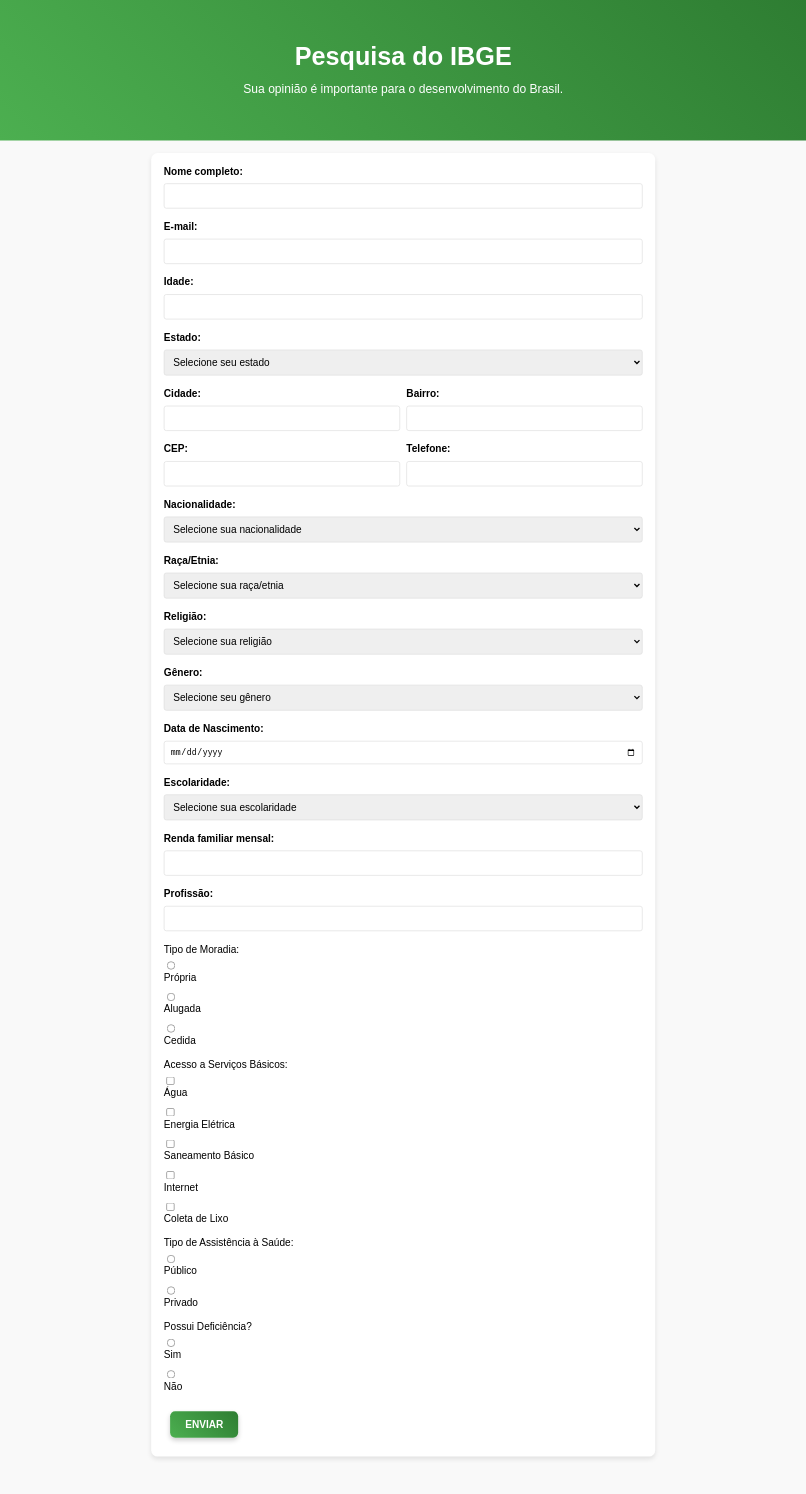
Repository: Gabrielb0rn/Projeto-Formul-rio.io
Page: index.html
These files come from the project's save history. The page is drawn as it stood at one moment and after the next save; the edit follows.
The browser window is 1280 px wide. The pictures show the whole page, at 63% of full size.

Above is the page before, as saved 2024-07-01 08:23:48.

### index.html
<!DOCTYPE html>
<html lang="pt-BR">
<head>
    <meta charset="UTF-8">
    <meta name="viewport" content="width=device-width, initial-scale=1.0">
    <title>Pesquisa do IBGE</title>
    <link rel="stylesheet" href="assets/style.css">
</head>
<body>
    <header>
        <div class="container">
            <h1>Pesquisa do IBGE</h1>
            <p>Sua opinião é importante para o desenvolvimento do Brasil.</p>
        </div>
    </header>
    <main>
        <div class="container">
            <form id="form">
                <div class="form-group">
                    <label for="nome">Nome completo:</label>
                    <input type="text" id="nome" name="nome" required>
                </div>
                <div class="form-group">
                    <label for="email">E-mail:</label>
                    <input type="email" id="email" name="email" required>
                </div>
                <div class="form-group">
                    <label for="idade">Idade:</label>
                    <input type="number" id="idade" name="idade" required>
                </div>
                <div class="form-group">
                    <label for="estado">Estado:</label>
                    <select id="estado" name="estado" required>
                        <option value="">Selecione seu estado</option>
                        <!-- opções de estados -->
                    </select>
                </div>
                <div class="form-group inline-group">
                    <div>
                        <label for="cidade">Cidade:</label>
                        <input type="text" id="cidade" name="cidade" required>
                    </div>
                    <div>
                        <label for="bairro">Bairro:</label>
                        <input type="text" id="bairro" name="bairro">
                    </div>
                </div>
                <div class="form-group inline-group">
                    <div>
                        <label for="cep">CEP:</label>
                        <input type="text" id="cep" name="cep" required>
                    </div>
                    <div>
                        <label for="telefone">Telefone:</label>
                        <input type="tel" id="telefone" name="telefone" required>
                    </div>
                </div>
                <div class="form-group">
                    <label for="nacionalidade">Nacionalidade:</label>
                    <select id="nacionalidade" name="nacionalidade" required>
                        <option value="">Selecione sua nacionalidade</option>
                        <option value="Brasileiro">Brasileiro</option>
                        <option value="Estrangeiro">Estrangeiro</option>
                    </select>
                </div>
                <div class="form-group">
                    <label for="raca">Raça/Etnia:</label>
                    <select id="raca" name="raca" required>
                        <option value="">Selecione sua raça/etnia</option>
                        <!-- opções de raça/etnia -->
                    </select>
                </div>
                <div class="form-group">
                    <label for="religiao">Religião:</label>
                    <select id="religiao" name="religiao" required>
                        <option value="">Selecione sua religião</option>
                        <!-- opções de religião -->
                    </select>
                </div>
                <div class="form-group">
                    <label for="genero">Gênero:</label>
                    <select id="genero" name="genero" required>
                        <option value="">Selecione seu gênero</option>
                        <!-- opções de gênero -->
                    </select>
                </div>
                <div class="form-group">
                    <label for="data_nascimento">Data de Nascimento:</label>
                    <input type="date" id="data_nascimento" name="data_nascimento" required>
                </div>
                <div class="form-group">
                    <label for="escolaridade">Escolaridade:</label>
                    <select id="escolaridade" name="escolaridade" required>
                        <option value="">Selecione sua escolaridade</option>
                        <!-- opções de escolaridade -->
                    </select>
                </div>
                <div class="form-group">
                    <label for="renda">Renda familiar mensal:</label>
                    <input type="number" id="renda" name="renda" required>
                </div>
                <div class="form-group">
                    <label for="profissao">Profissão:</label>
                    <input type="text" id="profissao" name="profissao">
                </div>
                <div class="form-group radio-group">
                    <label>Tipo de Moradia:</label>
                    <div>
                        <input type="radio" id="propria" name="moradia" value="propria">
                        <label for="propria">Própria</label>
                    </div>
                    <div>
                        <input type="radio" id="alugada" name="moradia" value="alugada">
                        <label for="alugada">Alugada</label>
                    </div>
                    <div>
                        <input type="radio" id="cedida" name="moradia" value="cedida">
                        <label for="cedida">Cedida</label>
                    </div>
                </div>
                <div class="form-group checkbox-group">
                    <label>Acesso a Serviços Básicos:</label>
                    <div>
                        <input type="checkbox" id="agua" name="servicos" value="agua">
                        <label for="agua">Água</label>
                    </div>
                    <div>
                        <input type="checkbox" id="energia" name="servicos" value="energia">
                        <label for="energia">Energia Elétrica</label>
                    </div>
                    <div>
                        <input type="checkbox" id="saneamento" name="servicos" value="saneamento">
                        <label for="saneamento">Saneamento Básico</label>
                    </div>
                    <div>
                        <input type="checkbox" id="internet" name="servicos" value="internet">
                        <label for="internet">Internet</label>
                    </div>
                    <div>
                        <input type="checkbox" id="coleta" name="servicos" value="coleta">
                        <label for="coleta">Coleta de Lixo</label>
                    </div>
                </div>
                <div class="form-group radio-group">
                    <label>Tipo de Assistência à Saúde:</label>
                    <div>
                        <input type="radio" id="publico" name="saude" value="publico">
                        <label for="publico">Público</label>
                    </div>
                    <div>
                        <input type="radio" id="privado" name="saude" value="privado">
                        <label for="privado">Privado</label>
                    </div>
                </div>
                <div class="form-group radio-group">
                    <label>Possui Deficiência?</label>
                    <div>
                        <input type="radio" id="sim" name="deficiencia" value="sim">
                        <label for="sim">Sim</label>
                    </div>
                    <div>
                        <input type="radio" id="nao" name="deficiencia" value="nao">
                        <label for="nao">Não</label>
                    </div>
                </div>
                <button type="submit" class="btn">Enviar</button>
            </form>
        </div>
    </main>
</body>
</html>

### assets/style.css
/* Estilos Globais */
body {
    font-family: 'Arial', sans-serif;
    margin: 0;
    padding: 0;
    background-color: #f9f9f9;
}

header {
    background: linear-gradient(45deg, #4CAF50, #2E7D32);
    color: white;
    padding: 20px 0;
    text-align: center;
}

.container {
    width: 90%;
    max-width: 800px;
    margin: 0 auto;
    padding: 20px;
}

/* Estilos de Texto */
h1 {
    font-size: 2.5em;
    margin-bottom: 10px;
}

p {
    font-size: 1.2em;
    margin-bottom: 30px;
}

/* Estilos do Formulário */
form {
    background-color: white;
    padding: 20px;
    border-radius: 10px;
    box-shadow: 0 4px 8px rgba(0, 0, 0, 0.1);
    margin-bottom: 40px;
}

.form-group {
    margin-bottom: 20px;
}

label {
    display: block;
    margin-bottom: 5px;
    font-weight: bold;
}

input, select {
    width: 100%;
    padding: 10px;
    border: 1px solid #ddd;
    border-radius: 4px;
    box-sizing: border-box;
    font-size: 1em;
    margin-top: 5px;
}

input[type="radio"], input[type="checkbox"] {
    width: auto;
    margin-right: 10px;
}

input[type="date"] {
    padding: 9px;
}

button {
    background: linear-gradient(45deg, #4CAF50, #2E7D32);
    color: white;
    border: none;
    padding: 15px 30px;
    text-align: center;
    cursor: pointer;
    border-radius: 5px;
    font-size: 1.2em;
    margin-top: 20px;
    transition: background 0.3s ease, transform 0.2s ease;
    box-shadow: 0 4px 8px rgba(0, 0, 0, 0.1);
}

button:hover {
    background: linear-gradient(45deg, #45a049, #388E3C);
    transform: translateY(-2px);
}

/* Estilos Responsivos */
@media (max-width: 600px) {
    h1 {
        font-size: 2em;
    }

    p {
        font-size: 1em;
    }

    form {
        padding: 15px;
    }

    button {
        width: 100%;
        padding: 15px;
    }
}

.btn {
    display: inline-block;
    padding: 12px 24px;
    font-size: 1em;
    font-weight: bold;
    text-transform: uppercase;
    text-decoration: none;
    color: white;
    background: linear-gradient(45deg, #4CAF50, #2E7D32);
    border: none;
    border-radius: 8px;
    box-shadow: 0 4px 8px rgba(0, 0, 0, 0.2);
    cursor: pointer;
    transition: all 0.3s ease;
    margin: 10px;
}

.btn:hover {
    background: linear-gradient(45deg, #45a049, #388E3C);
    transform: translateY(-2px);
    box-shadow: 0 6px 12px rgba(0, 0, 0, 0.3);
}

.btn:active {
    transform: translateY(0);
    box-shadow: 0 4px 8px rgba(0, 0, 0, 0.2);
}

/* Estilos de Grupo de Inputs */
.form-group.inline-group {
    display: flex;
    flex-wrap: wrap;
    justify-content: space-between;
}

.form-group.inline-group > div {
    flex: 1;
    min-width: 45%;
}

.form-group.inline-group > div:not(:last-child) {
    margin-right: 10px;
}

/* Estilos de Serviços Básicos e Tipo de Moradia */
.form-group.checkbox-group, .form-group.radio-group {
    display: fixed;
    flex-wrap: wrap;
}

.form-group.checkbox-group > div, .form-group.radio-group > div {
    flex: 1;
    min-width: 45%;
    margin-bottom: 10px;
}

.form-group.checkbox-group label, .form-group.radio-group label {
    font-weight: normal;
}

After the next save:
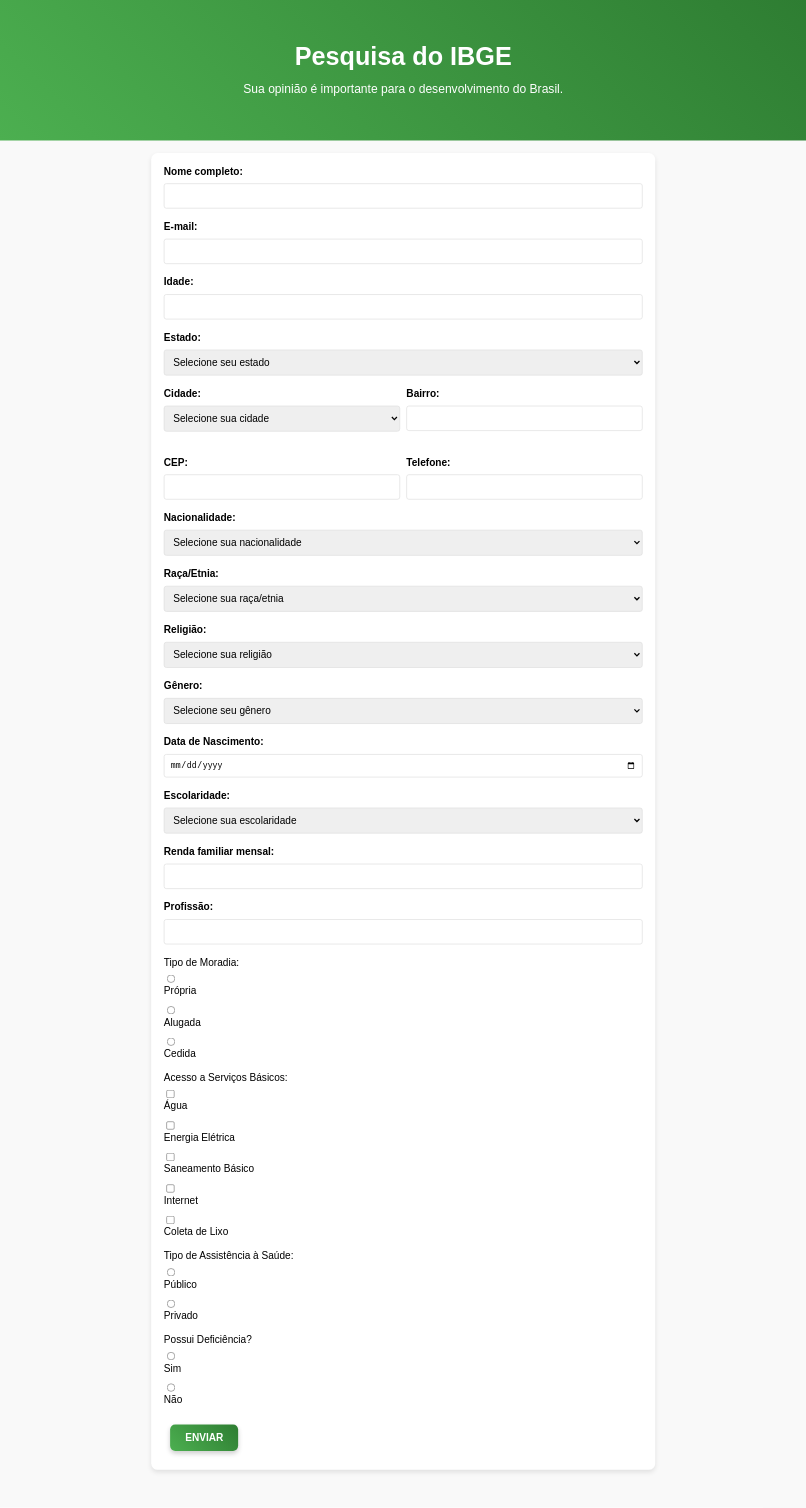
Saved 1 s later.
--- a/index.html
+++ b/index.html
@@ -32,13 +32,42 @@
                     <label for="estado">Estado:</label>
                     <select id="estado" name="estado" required>
                         <option value="">Selecione seu estado</option>
-                        <!-- opções de estados -->
+                        <option value="AC">Acre</option>
+
+                        <option value="AL">Alagoas</option>
+                        <option value="AP">Amapá</option>
+                        <option value="AM">Amazonas</option>
+                        <option value="BA">Bahia</option>
+                        <option value="CE">Ceará</option>
+                        <option value="DF">Distrito Federal</option>
+                        <option value="ES">Espírito Santo</option>
+                        <option value="GO">Goiás</option>
+                        <option value="MA">Maranhão</option>
+                        <option value="MG">Minas Gerais</option>
+                        <option value="MS">Mato Grosso do Sul</option>
+                        <option value="MT">Mato Grosso</option>
+                        <option value="PA">Pará</option>
+                        <option value="PB">Paraíba</option>
+                        <option value="PE">Pernambuco</option>
+                        <option value="PI">Piauí</option>
+                        <option value="PR">Paraná</option>
+                        <option value="RJ">Rio de Janeiro</option>
+                        <option value="RN">Rio Grande do Norte</option>
+                        <option value="RO">Rondônia</option>
+                        <option value="RR">Roraima</option>
+                        <option value="RS">Rio Grande do Sul</option>
+                        <option value="SC">Santa Catarina</option>
+                        <option value="SE">Sergipe</option>
+                        <option value="SP">São Paulo</option>
+                        <option value="TO">Tocantins</option>
                     </select>
                 </div>
                 <div class="form-group inline-group">
-                    <div>
+                    <div class="form-group">
                         <label for="cidade">Cidade:</label>
-                        <input type="text" id="cidade" name="cidade" required>
+                        <select id="cidade" name="cidade" required>
+                            <option value="">Selecione sua cidade</option>
+                        </select>
                     </div>
                     <div>
                         <label for="bairro">Bairro:</label>
